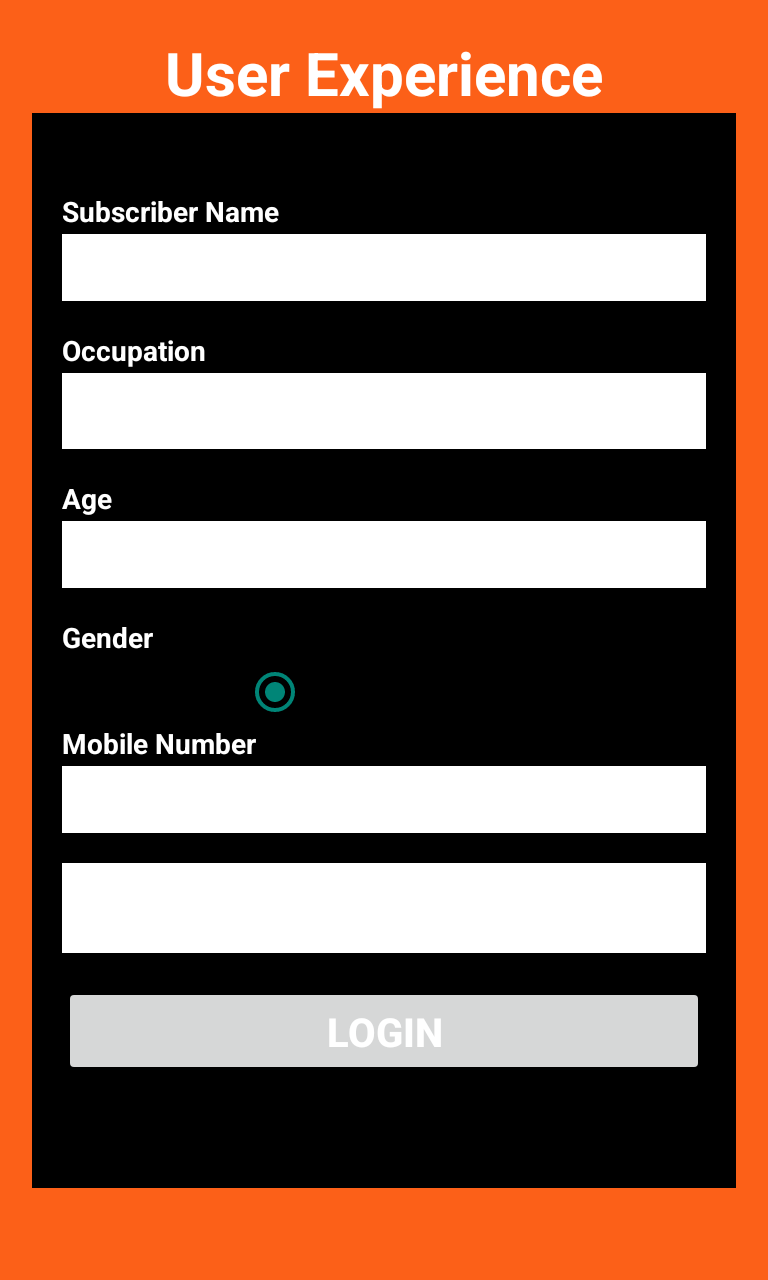
Repository: MushfiqurRahman/BLink3gApp
Layout: 3gExperience/res/layout/fragment_survey.xml
These files come from the project's save history. The layout is drawn as it stood at one moment and after the next save; the edit follows.
It is drawn on a 768 x 1280 px phone screen (xhdpi) without system bars, with theme AppTheme; the app's code is not run.

Above is the layout before, as saved 2014-05-20 18:09:10.

After the next save:
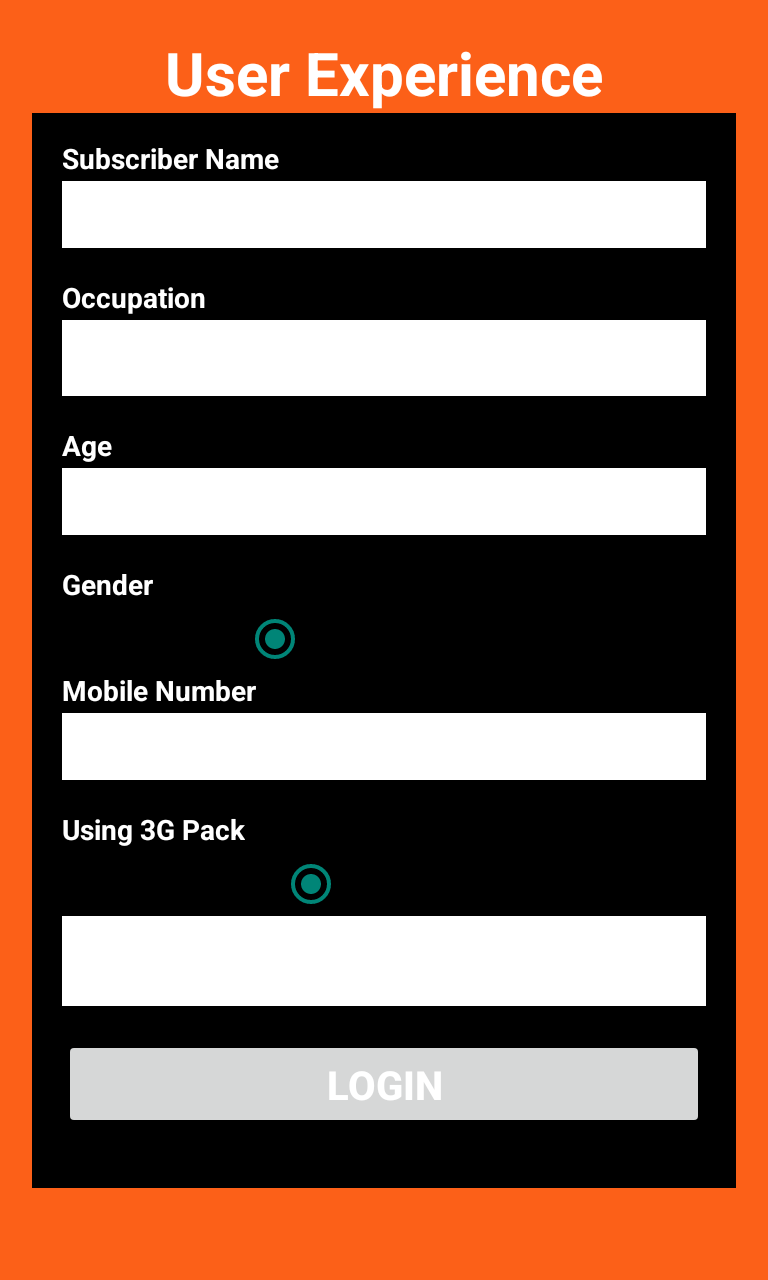
Saved 87 s later.
--- a/3gExperience/res/layout/fragment_survey.xml
+++ b/3gExperience/res/layout/fragment_survey.xml
@@ -183,6 +183,41 @@
             android:inputType="number"
             android:textSize="25sp" />
 
+                <LinearLayout
+            android:layout_width="fill_parent"
+            android:layout_height="wrap_content"
+            android:layout_gravity="left" >
+
+            <TextView
+                android:id="@+id/tv3gPack"
+                android:layout_width="wrap_content"
+                android:layout_height="wrap_content"
+                android:layout_marginBottom="2dp"
+                android:text="@string/sbcr_3g"
+                android:textColor="#FFFFFF"
+                android:textStyle="bold" />
+        </LinearLayout>
+
+        <RadioGroup
+            android:id="@+id/rdo3g"
+            android:layout_width="wrap_content"
+            android:layout_height="wrap_content"
+            android:orientation="horizontal" >
+
+            <RadioButton
+                android:id="@+id/radio0"
+                android:layout_width="wrap_content"
+                android:layout_height="wrap_content"
+                android:checked="true"
+                android:text="Yes" />
+
+            <RadioButton
+                android:id="@+id/radio1"
+                android:layout_width="wrap_content"
+                android:layout_height="wrap_content"
+                android:text="No" />
+        </RadioGroup>
+
         <Spinner
             android:id="@+id/spnCompany"
             android:layout_width="match_parent"
